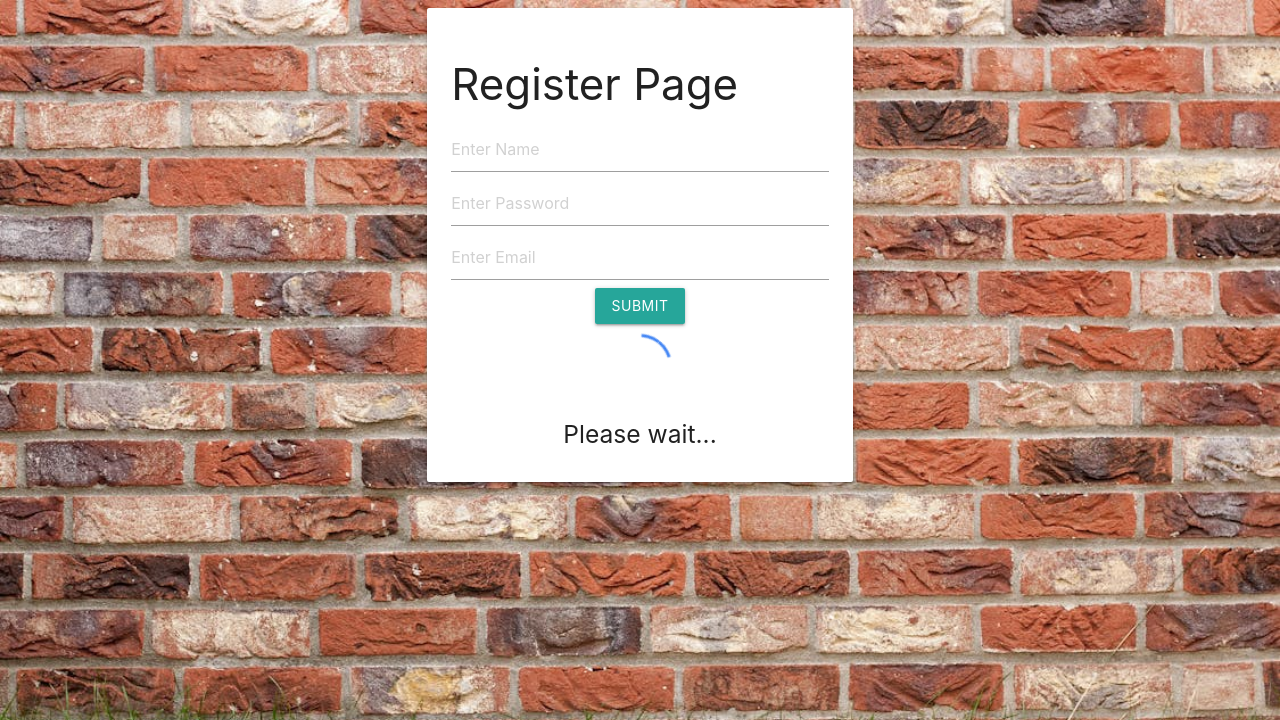
Repository: nin19/advance_java
Page: http://localhost/register-module/
These files come from the project's save history. The page is drawn as it stood at one moment and after the next save; the edit follows.
The browser window is 1280 px wide. The pictures show the whole page.
The page is served by Tomcat 9. Other server files are loaded and not shown.

Above is the page before, as saved 2024-10-17 13:56:44.

### servlet/register-module/src/main/webapp/signup.jsp
<%@ page language="java" contentType="text/html; charset=ISO-8859-1"
    pageEncoding="ISO-8859-1"%>
<!DOCTYPE html>
<html>
<head>
<meta charset="ISO-8859-1">
<title>SignUpPage</title>
 <!-- Compiled and minified CSS -->
    <link rel="stylesheet" href="https://cdnjs.cloudflare.com/ajax/libs/materialize/1.0.0/css/materialize.min.css">

    <!-- Compiled and minified JavaScript -->
    <script src="https://cdnjs.cloudflare.com/ajax/libs/materialize/1.0.0/js/materialize.min.js"></script>

</head>
<body style="background: url(img/background.jpeg);background-size: 100%">
	<div class="container">
		<div class="row">
			<div class="col m6 offset-m3">
				<div class="card">
					<div class="card-content">
						<h3>Register Page</h3>

						<div class="form center-align">
							<form action="Register" method="post">
								<input type="text" name="user_name" placeholder="Enter Name"/>
								<input type="password" name="user_password" placeholder="Enter Password"/>
								<input type="password" name="user_email" placeholder="Enter Email"/>

								<button type="submit" class="btn">Submit</button>
							</form>
						</div>
						<div class="loader center-align" style="margin-top: 10px;">
							<div class="preloader-wrapper big active">
							    <div class="spinner-layer spinner-blue-only">
							      <div class="circle-clipper left">
							        <div class="circle"></div>
							      </div><div class="gap-patch">
							        <div class="circle"></div>
							      </div><div class="circle-clipper right">
							        <div class="circle"></div>
							      </div>
							    </div>
							 </div>
							 <h5>Please wait...</h5>
						</div>
					</div>
				</div>
			</div>
		</div>
	</div>
</body>
</html>

After the next save:
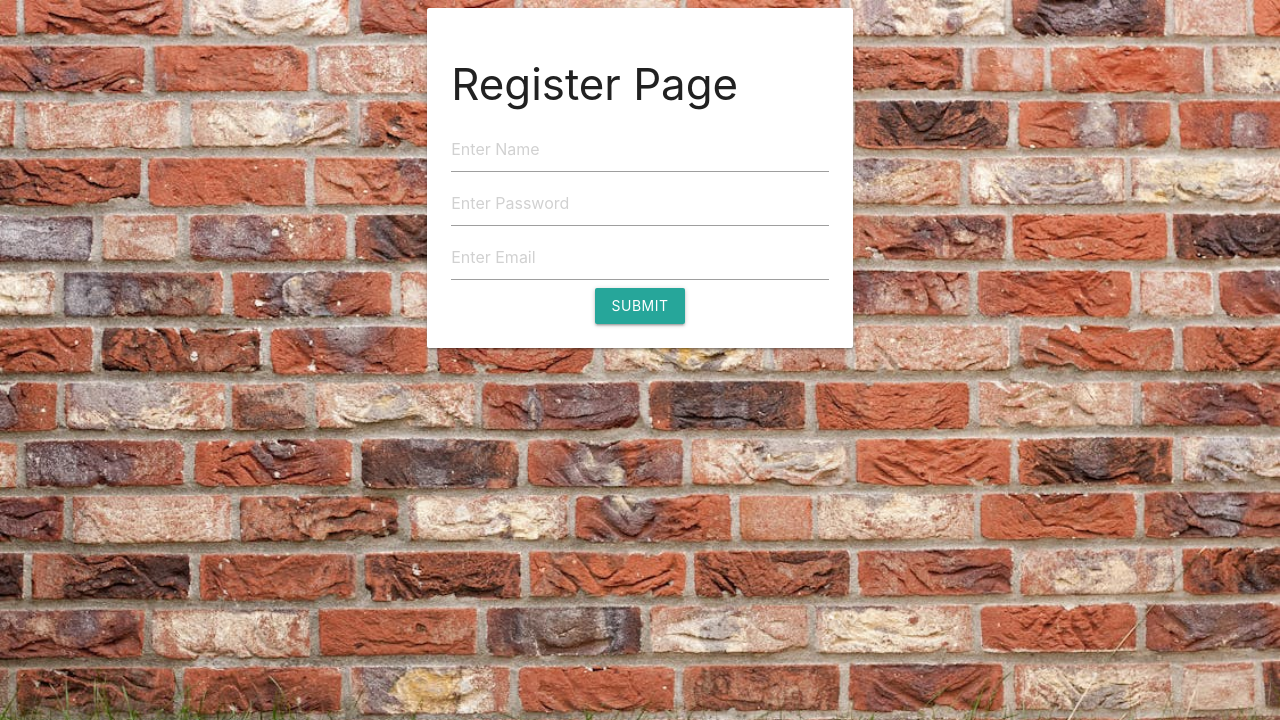
Saved 32 s later.
--- a/servlet/register-module/src/main/webapp/signup.jsp
+++ b/servlet/register-module/src/main/webapp/signup.jsp
@@ -29,7 +29,7 @@
 								<button type="submit" class="btn">Submit</button>
 							</form>
 						</div>
-						<div class="loader center-align" style="margin-top: 10px;">
+						<div class="loader center-align" style="margin-top: 10px;display: none">
 							<div class="preloader-wrapper big active">
 							    <div class="spinner-layer spinner-blue-only">
 							      <div class="circle-clipper left">
